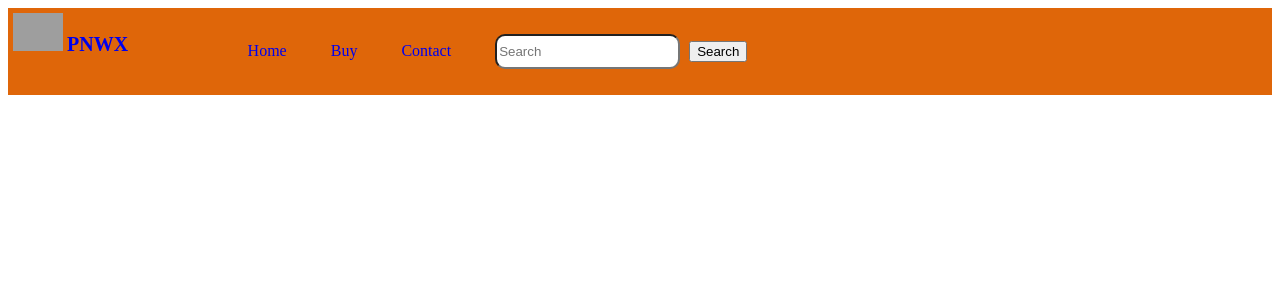
Repository: meiming24/meiming24.github.io
Page: index.html
These files come from the project's save history. The page is drawn as it stood at one moment and after the next save; the edit follows.
The browser window is 1280 px wide. The pictures show the whole page.
Pictures or frames that could not be fetched are drawn as grey boxes.

Above is the page before, as saved 2022-05-09 19:26:03.

### index.html
<!DOCTYPE html>
<html lang="en">
<head>
    <meta charset="UTF-8">
    <meta http-equiv="X-UA-Compatible" content="IE=edge">
    <meta name="viewport" content="width=device-width, initial-scale=1.0">
    <title>Pacific Northwest X-Ray</title>
    <link rel="stylesheet" href="index.css" />
</head>
<body>
    <div class="container">

        <div class="logo">
            <img src="https://i.postimg.cc/hG3zmBz9/xray.png" alt="logo">
            <a href="#">PNWX</a>
        </div>

        <div class="nav-bar">
            <nav>
                <ul>
                    <li>
                        <a href="#">Home</a>
                    </li>

                    <li>
                        <a href="#">Buy</a>
                    </li>

                    <li>
                        <a href="#">Contact</a>
                    </li>

                    <li>
                        <form class="d-flex">
                            <input type="search" placeholder="Search"/>
                            <button type="submit">Search</button>
                        </form>
                    </li>

                </ul>


            </nav>



        </div>



    </div>

    <div class="content">

        <div class="item">

        </div>

        <div class="item">

        </div>

        <div class="item">

        </div>

    </div>
</body>
</html>

### index.css
.container {
    display: flex;
    flex-flow: row wrap;
    background-color: #df6609;
}

.container > * {
    padding: 0px;
    margin: 0PX;
    box-sizing: border-box;
}

.logo {
    flex-basis: 15%;
    font-weight: 600;
    text-decoration: none;
    padding: 5px;
    display: inline-block;
}

.logo > img {
    width: 50px;
}

.logo > a {
    text-decoration: none;
    font-size: 20px;
}

.nav-bar {
    display: flex;
    align-items: center;
}

.nav-bar > nav {
    flex: 100%;
    text-align: left;
}

.nav-bar > nav ul {
    display: inline-block;
    list-style-type: none;
}

.nav-bar > nav ul li{
    display: inline-block;
    margin-right: 20px;
    padding: 10px;
}

.nav-bar > nav ul li a{
    text-decoration: none;
    border-bottom-style: none;
}

.nav-bar > nav ul li:hover{
    background-color: #b34f03;
}

.nav-bar > nav ul li form input {
    height: 35px;
    border-radius: 10px;
    margin-right: 5px;
}

.nav-bar > nav ul li form button {

}

After the next save:
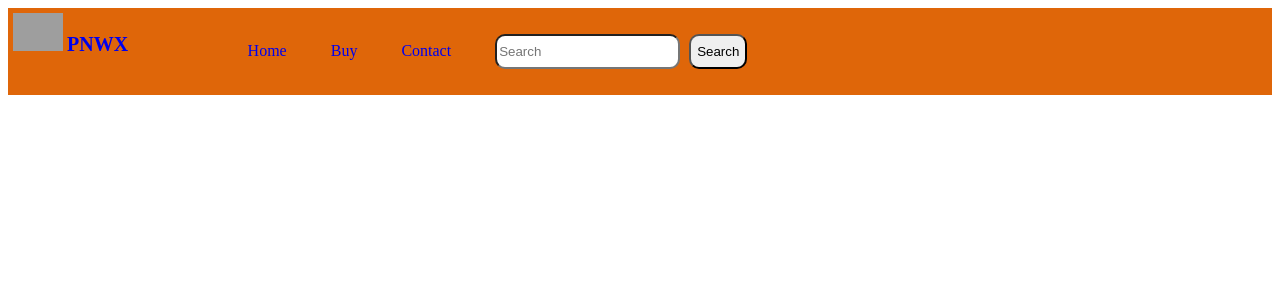
Saved 4 s later.
--- a/index.css
+++ b/index.css
@@ -64,5 +64,6 @@
 }
 
 .nav-bar > nav ul li form button {
-
+    height: 35px;
+    border-radius: 10px;
 }
